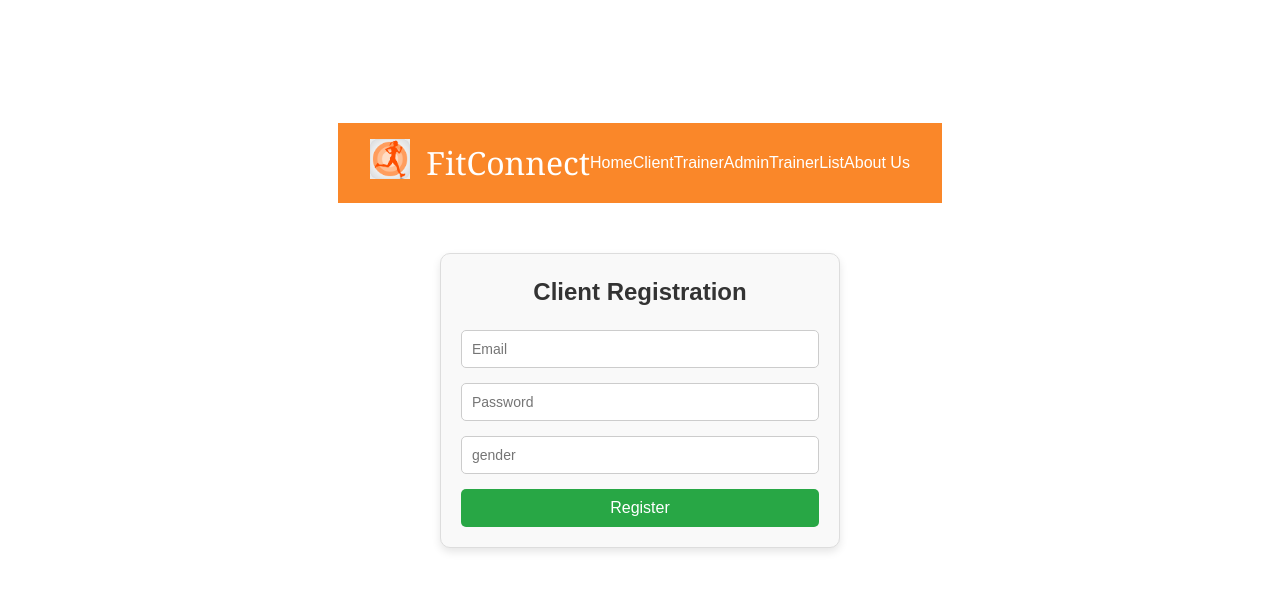
Repository: sarathraj2002/fitconnect
Page: /register (app in Frontend/)
An editor plug-in stored every save of this project. The page is shown before and after the next save, followed by the edit.
The browser window is 1280 px wide. The pictures show the whole page.
The project was rebuilt for these pictures with package versions that can differ from the ones it lists, and the page was loaded fresh each time. Also part of the build but not shown: Frontend/vite.config.js, Frontend/src/components/ClientPage.jsx, Frontend/src/components/TrainerPage.jsx, Frontend/src/components/AdminPage.jsx, Frontend/src/components/TrainerListPage.jsx, Frontend/src/components/AboutUs.jsx, Frontend/src/components/Footer.jsx, Frontend/src/components/Home.jsx and 1 more.

Above is the page before, as saved 2024-11-12 00:01:54.

After the next save:
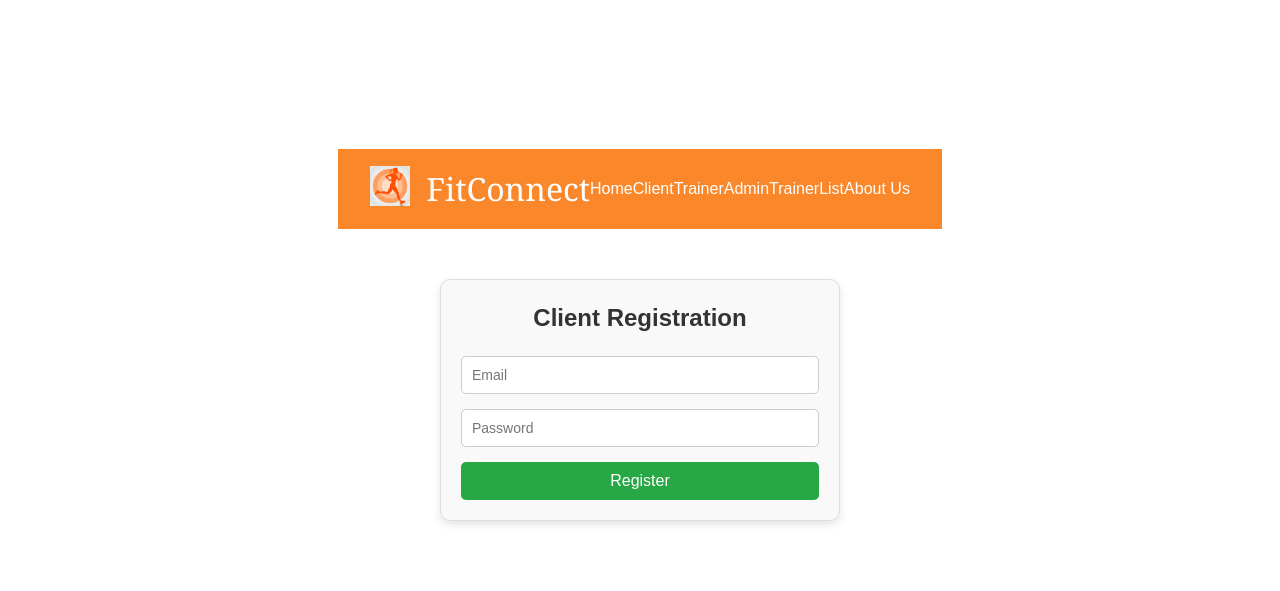
Saved 40 s later.
--- a/Frontend/src/components/ClientRegister.jsx
+++ b/Frontend/src/components/ClientRegister.jsx
@@ -91,14 +91,7 @@ const ClientRegister = () => {
           onChange={handleInputChange}
           required
         />
-         <input
-          type="gender"
-          name="gender"
-          placeholder="gender"
-          value={formData.gender}
-          onChange={handleInputChange}
-          required
-        />
+
         <button type="submit">Register</button>
         {error && <p style={{ color: 'red' }}>{error}</p>}
         {success && <p style={{ color: 'green' }}>{success}</p>}
